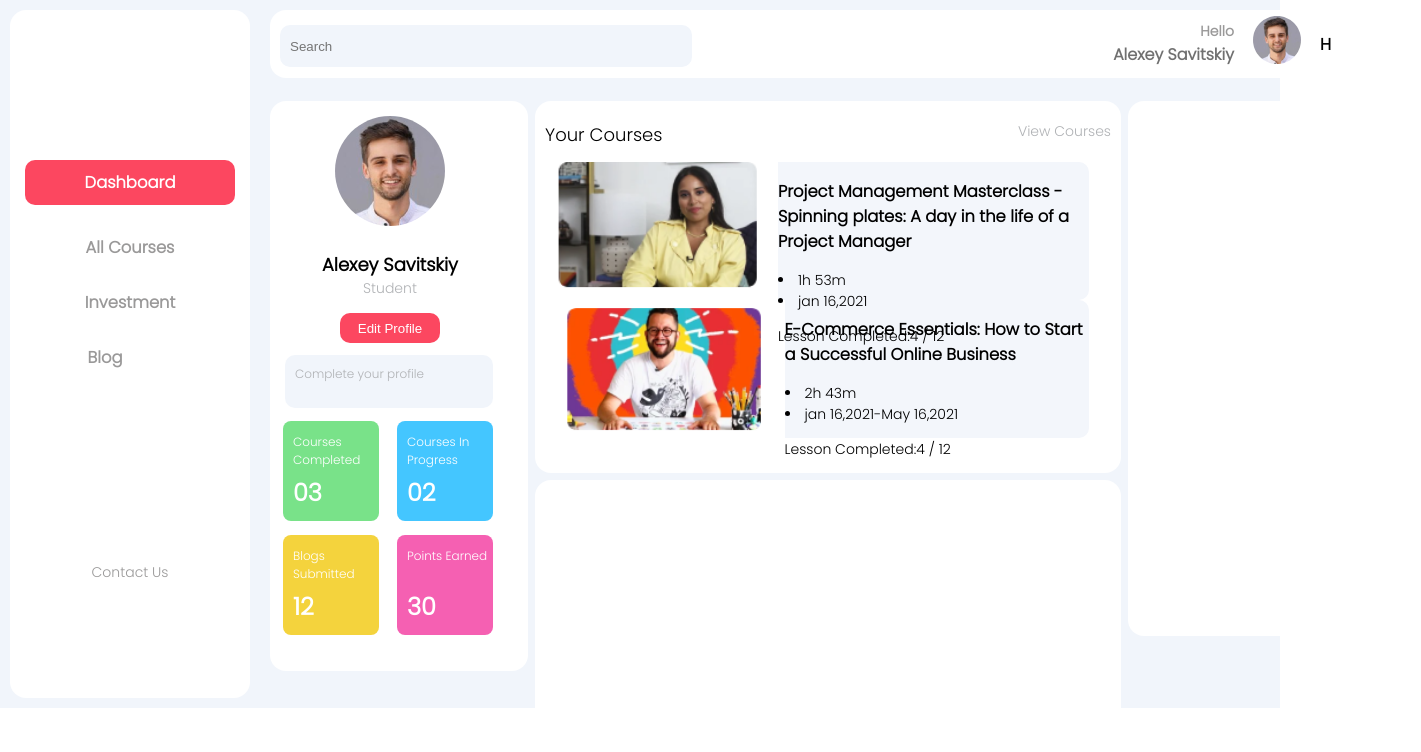
Repository: Anuruddha00/dashboard-design
Page: /
These files come from the project's save history. The page is drawn as it stood at one moment and after the next save; the edit follows.
The browser window is 1280 px wide. The page is 1421 px wide, so the pictures cover 1421 px, including what lies to the right of the window. The pictures show the whole page.
The project was rebuilt for these pictures with package versions that can differ from the ones it lists, and the page was loaded fresh each time.

Above is the page before, as saved 2021-05-07 20:02:01.

### public/index.html
<!DOCTYPE html>
<html lang="en">
  <head>
    <meta charset="utf-8" />
    <link rel="icon" href="%PUBLIC_URL%/favicon.ico" />
    <meta name="viewport" content="width=device-width, initial-scale=1" />
    <meta name="theme-color" content="#000000" />
    <meta
      name="description"
      content="Web site created using create-react-app"
    />
    <link rel="apple-touch-icon" href="%PUBLIC_URL%/logo192.png" />

    <link rel="preconnect" href="https://fonts.gstatic.com">
    <link href="https://fonts.googleapis.com/css2?family=Poppins:wght@300&display=swap" rel="stylesheet">

    <!--
      manifest.json provides metadata used when your web app is installed on a
      user's mobile device or desktop. See https://developers.google.com/web/fundamentals/web-app-manifest/
    -->
    <link rel="manifest" href="%PUBLIC_URL%/manifest.json" />
    <!--
      Notice the use of %PUBLIC_URL% in the tags above.
      It will be replaced with the URL of the `public` folder during the build.
      Only files inside the `public` folder can be referenced from the HTML.

      Unlike "/favicon.ico" or "favicon.ico", "%PUBLIC_URL%/favicon.ico" will
      work correctly both with client-side routing and a non-root public URL.
      Learn how to configure a non-root public URL by running `npm run build`.
    -->
    <title>React App</title>
  </head>
  <body>
    <noscript>You need to enable JavaScript to run this app.</noscript>
    <div id="root"></div>
    <!--
      This HTML file is a template.
      If you open it directly in the browser, you will see an empty page.

      You can add webfonts, meta tags, or analytics to this file.
      The build step will place the bundled scripts into the <body> tag.

      To begin the development, run `npm start` or `yarn start`.
      To create a production bundle, use `npm run build` or `yarn build`.
    -->
  </body>
</html>

### src/index.js
import React from 'react';
import ReactDOM from 'react-dom';
import Dashboard from './containers/Dashboard/Dashboard';
import reportWebVitals from './reportWebVitals';

ReactDOM.render(
  <React.StrictMode>
    <Dashboard />
  </React.StrictMode>,
  document.getElementById('root')
);

// If you want to start measuring performance in your app, pass a function
// to log results (for example: reportWebVitals(console.log))
// or send to an analytics endpoint. Learn more: https://bit.ly/CRA-vitals
reportWebVitals();

### src/containers/Dashboard/Dashboard.js
import React from 'react';
import './Dashboard.scss';

const dashboard = () =>{

    return(
        <div className='container'>
            <div className='dashboard'>
                <div className='dashboardSideBar'>
                   <div className='dashboardSideBarTitle'>
                        <h3 className='dashboardSideBarTitleDashboard'>Dashboard</h3>
                        <h3 className='dashboardSideBarTitleCourses'>All Courses</h3>
                        <h3 className='dashboardSideBarTitleInvestment'>Investment</h3>
                        <h3 className='dashboardSideBarTitleBlog'>Blog</h3>
                   </div>
                   <div className='dashboardSideBarContact'>
                        <p>Contact Us</p>
                   </div>
                </div>
                <div className='dashboardMenu'>
                    <section className='content'>
                        <nav className='contentNavbar'>
                            <div className='contentNavbarSearch'>
                                <form>
                                    <input type='text' placeholder='Search'/>
                                </form>
                            </div>
                            <div className='contentNavbarProfile'>
                                <div className='contentNavbarProfileName'>
                                    <h3>Hello</h3>
                                    <h2>Alexey Savitskiy</h2>
                                </div>
                                <img src='./assets/Image 9.png'/>
                                <h1>H</h1>
                            </div>
                        </nav>

                        <div className='contentBody'>
                            <section className='details'>
                                <div className='detailsAbout'>
                                    <div className='detailsAboutProfile'>
                                        <img src='./assets/Image 12.png'/>
                                        <h3>Alexey Savitskiy</h3>
                                        <p>Student</p>
                                        <button>Edit Profile</button>
                                    </div>
                                    <div className='detailsAboutComplete'>
                                        <p>Complete your profile</p>
                                    </div>
                                    <div className='detailsAboutProgress'>
                                        <div className='detailsAboutProgressCompleted'>
                                            <p>Courses Completed</p>
                                            <h1>03</h1>
                                        </div>
                                        <div className='detailsAboutProgressContinue'>
                                            <p>Courses In Progress</p>
                                            <h1>02</h1>
                                        </div>
                                        <div className='detailsAboutProgressBlogs'>
                                            <p>Blogs Submitted</p>
                                            <h1>12</h1>
                                        </div>
                                        <div className='detailsAboutProgressPoints'>
                                            <p>Points Earned</p>
                                            <h1>30</h1>
                                        </div>
                                    </div>
                                </div>
                            </section>

                            <section className='view'>
                                <section className='courses'>
                                    <nav className='coursesNavbar'>
                                      <li className='coursesNavbarTitle'>Your Courses</li>
                                      <li className='coursesNavbarView'>View Courses</li>
                                    </nav>
                                    <div className='coursesList'>
                                        <div className='coursesListManagement'>
                                            <img src='./assets/Image 15.png'/>
                                            <div className='coursesListManagementDescription'>
                                                <h3>Project Management Masterclass - Spinning plates: A day in the life of a Project Manager</h3>
                                                <div>
                                                    <li>1h 53m</li>
                                                    <li>jan 16,2021</li>
                                                </div>
                                                <p>Lesson Completed:4 / 12</p>
                                            </div>
                                        </div>
                                        <div className='coursesListBusiness'>
                                            <img src='./assets/Image 16.png'/>
                                            <div className='coursesListBusinessDescription'>
                                                <h3>E-Commerce Essentials: How to Start a Successful Online Business</h3>
                                                <div>
                                                    <li>2h 43m</li>
                                                    <li>jan 16,2021-May 16,2021</li>
                                                </div>
                                                <p>Lesson Completed:4 / 12</p>
                                            </div>
                                        </div>
                                    </div>
                                </section>
                                <section className='blog'>

                                </section>
                            </section>

                            <section className='notification'>
                                <div className='notificationBar'>

                                </div>
                            </section>
                        </div>
                   </section>
                </div>
            </div>
        </div>
    )

}
export default dashboard;

### src/containers/Dashboard/Dashboard.scss

body{
    margin: 0;
    padding: 0;
    font-size: 0.875rem;
    font-family: 'Poppins', sans-serif;

}

.container{
    background: #f1f5fb;
    height: 100%;
    width: 100%;

    .dashboard{
        display: grid;
        grid-template-columns: 1fr 1fr;

        &SideBar{
            grid-column: 1;
            grid-row: 1 / 6;
            border-radius: 16px;
            background: #ffffff;
            margin: 10px;
            height: 688px;
            width: 240px;

            &Title{
                margin-top: 150px;
                font-size: 14px;

                &Dashboard{
                    background:#fc4760;
                    border-radius: 10px;
                    text-align: center;
                    padding: 10px 10px 10px 10px;
                    margin: 10px 15px 10px 15px;
                    color: #ffffff;

                }
                &Courses{
                    text-align: center;
                    margin-top: 30px;
                    color: #9a9999;
                }
                &Investment{
                    text-align: center;
                    margin-top: 30px;
                    color: #9a9999;
                }
                &Blog{
                    text-align: center;
                    margin-top: 30px;
                    margin-right: 50px;
                    color: #9a9999;
                }
            }
            &Contact{
                margin-top: 80%;

                p{
                    text-align: center;
                    color: #9a9999;
                    font-size: 14px;
                }

            }
        }
        &Menu{
            grid-column: 2;
            grid-row: 1 / 6;
            margin: 10px;

            .content{
                display: grid;
                grid-template-rows:1fr 7fr ;
                gap:10px;

                &Navbar{
                    display: flex;
                    justify-content: space-between;
                    background: #ffffff;
                    border-radius: 16px;
                    height: 68px;
                    width: 1151px;

                    &Search{

                        input{
                            background: #f1f5fb;
                            border-style: none;
                            padding-left: 10px;
                            width: 400px;
                            height: 40px;
                            margin: 15px 0 0 10px;
                            border-radius: 10px;

                        }
                    }
                    &Profile{
                        display: flex;
                        flex-direction: row;
                        gap: 1em;
                        margin-right: 90px;
                        align-items: center;
                        height: 68px;

                        &Name{
                            text-align: end;
                            margin-top: 0;

                            h3{
                                color: #9a9999;
                                margin: 0;
                                font-size: 14px;
                            }
                            h2{
                                margin: 0;
                                font-size: 16px;
                                color: #707070;
                            }
                        }
                    }
                }
                &Body{
                    display: grid;
                    grid-template-columns: 1fr 1fr 1fr;
                    position: relative;

                    .details{
                        border-radius: 16px;
                        background: #ffffff;


                        &About{
                            height:555px;
                            width: 240px;

                            &Profile{
                                text-align: center;
                                margin-top: 15px;


                                h3{
                                    font-size: 18px;
                                    margin: 0;
                                }
                                p{
                                    color: #b0b2b5;
                                    margin-top: 0;
                                }
                                button{
                                    border-style: none;
                                    border-radius: 10px;
                                    width: 100px;
                                    height: 30px;
                                    color: #ffffff;
                                    background: #fc4760;

                                }
                            }
                            &Complete{
                                background: #f1f5fb;
                                border-radius: 10px;
                                color: #b0b2b5;
                                height: 53px;
                                width: 208px;
                                font-size: 12px;
                                margin-left: 15px;

                                p{
                                    padding-left: 10px;
                                    padding-top: 10px;
                                }
                            }
                            &Progress{
                                display: grid;
                                grid-template-columns: 1fr 1fr;
                                margin: 13px;
                                gap: 1em;
                                color: #ffffff;

                                p{
                                    font-size: 12px;
                                    padding-left: 10px;
                                }


                                &Completed{
                                    background: #79e289;
                                    border-radius: 8px;
                                    width: 96px;
                                    height: 100px;
                                    position: relative;

                                    h1{
                                        font-size: 24px;
                                        position: absolute;
                                        left: 10px;
                                        top: 30px;
                                    }

                                }
                                &Continue{
                                    background:  #44c6ff;
                                    border-radius: 8px;
                                    width: 96px;
                                    height: 100px;
                                    position: relative;

                                    h1{
                                        font-size: 24px;
                                        position: absolute;
                                        left: 10px;
                                        top: 30px;
                                    }

                                }
                                &Blogs{
                                    background:  #f4d33d;
                                    border-radius: 8px;
                                    width: 96px;
                                    height: 100px;
                                    position: relative;

                                    h1{
                                        font-size: 24px;
                                        position: absolute;
                                        left: 10px;
                                        top: 30px;
                                    }
                                }
                                &Points{
                                    background: #f560b2;
                                    border-radius: 8px;
                                    width: 96px;
                                    height: 100px;
                                    position: relative;

                                    h1{
                                        font-size: 24px;
                                        position: absolute;
                                        left: 10px;
                                        top: 30px;
                                    }
                                }
                            }
                        }
                    }
                    .view{
                        margin-left: 7px;

                        .courses{
                            width: 586px;
                            height: 372px;
                            border-radius: 16px;
                            background: #ffffff;
                            position: relative;

                            &Navbar{
                                list-style: none;
                                display: flex;
                                justify-content: space-between;

                                &Title{
                                    font-size: 18px;
                                    font-weight: 500px;
                                    padding: 20px 0 0 10px;
                                }
                                &View{
                                    color: #b0b2b5;
                                    font-size: 14px;
                                    padding: 20px 10px;
                                }
                            }
                            &List{


                                &Management{
                                    background: #f3f6fb;
                                    border-radius: 10px;
                                    width: 554px;
                                    height: 138px;
                                    display: flex;
                                    position: relative;

                                    &Description{

                                    }
                                }
                                &Business{
                                    background: #f3f6fb;
                                    border-radius: 10px;
                                    width: 554px;
                                    height: 138px;
                                    display: flex;
                                }
                            }

                        }

                        .blog{
                            width: 586px;
                            height: 272px;
                            border-radius: 16px;
                            background: #ffffff;
                            margin-top: 7px;
                            position: absolute;

                        }
                    }
                    .notification{
                        margin-left: 7px;

                        &Bar{
                            background: #ffffff;
                            width: 293px;
                            height: 535px;
                            border-radius: 16px;
                        }
                    }
                }
            }
        }
    }
}

Loaded but not shown: src/reportWebVitals.js (common file)

After the next save:
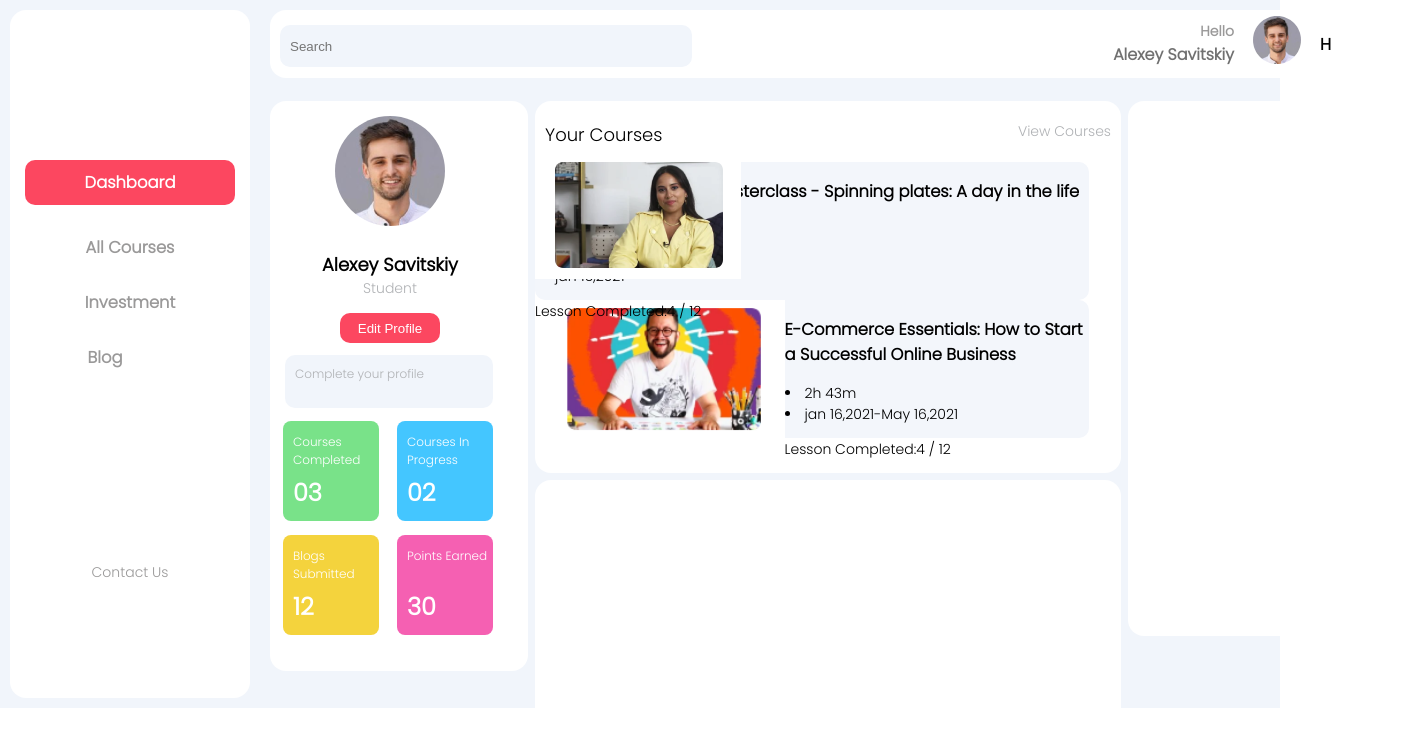
Saved 52 s later.
--- a/src/containers/Dashboard/Dashboard.scss
+++ b/src/containers/Dashboard/Dashboard.scss
@@ -284,6 +284,10 @@ body{
                                     display: flex;
                                     position: relative;
 
+                                    img{
+                                        position: absolute;
+                                    }
+
                                     &Description{
 
                                     }
